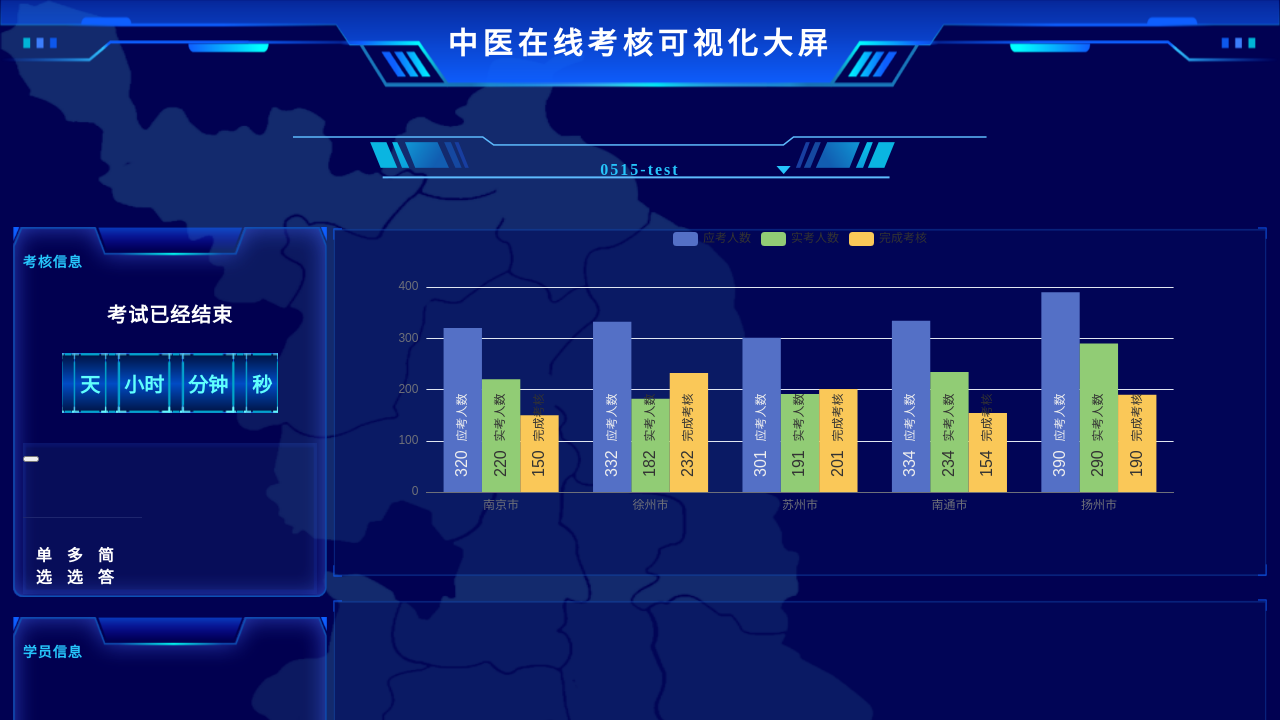
Repository: krislorem/medicine-online-datascreen-vue
Page: /
The author's editor kept a copy of each file at every save. The page is drawn from the files as they stood at one save, then again after the next save.
The browser window is 1280 px wide. The pictures show the whole page.
The project was rebuilt for these pictures with package versions that can differ from the ones it lists, and the page was loaded fresh each time. Also part of the build but not shown: vite.config.ts.

Above is the page before, as saved 2024-12-04 20:31:19.

### src/main.ts
import './assets/main.css'

import { createApp } from 'vue'
import { createPinia } from 'pinia'
import ElementPlus from 'element-plus'
import 'element-plus/dist/index.css'
import App from './App.vue'
import router from './router'

const app = createApp(App)

app.use(createPinia())
app.use(router)
app.use(ElementPlus)
app.mount('#app')

### src/assets/main.css
body, html {
  width: 100%;
  height: 100%;
  overflow: hidden;
  margin: 0;
  padding: 0;
  width: 100vw;
  height: 100vh
}

#app {
  width: 100%;
  height: 100%
}

### src/App.vue
<template>
  <div>
    <RouterView></RouterView>
  </div>
</template>

<script setup lang="ts">

</script>

<style scoped>
</style>

### src/views/HomeView.vue
<template>
  <div class="home">
    <nav>
      <h1>中医在线考核可视化大屏</h1>
    </nav>
    <div id="mid-bar">
      <select id="info">
        <option>0515-test</option>
      </select>
    </div>
    <div id="all-info">
      <div id="left">
        <div class="item item-1">
          <p class="top-name"><span>考核信息</span></p>
          <p class="time-title"><span>考试已经结束</span></p>
          <div class="time-container">
            <div class="time-box" style=";"><span class="time-num">{{ }}</span></div>
            <div class="time-box" style=";"><span class="time-num">天</span></div>
            <div class="time-box" style=";"><span class="time-num">{{ }}</span></div>
            <div class="time-box" style=";"><span class="time-num">小时</span></div>
            <div class="time-box" style=";"><span class="time-num">{{ }}</span></div>
            <div class="time-box" style=";"><span class="time-num">分钟</span></div>
            <div class="time-box" style=";"><span class="time-num">{{ }}</span></div>
            <div class="time-box" style=";"><span class="time-num">秒</span></div>
          </div>
          <div class="result">
            <div class="ivu-carousel" style="height: 100%;">
              <button type="button" class="left ivu-carousel-arrow ivu-carousel-arrow-hover">
                <i class="ivu-icon ivu-icon-ios-arrow-back"></i>
              </button>
              <div class="ivu-carousel-list">
                <div class="ivu-carousel-track higher"
                  style="width: 119px; transform: translate3d(0px, 0px, 0px); transition: transform 500ms; visibility: visible;">
                  <div class="ivu-carousel-item" style="width: 119px; height: auto; left: 0px;">
                    <div class="res-topbar">
                      <span>{{ }}</span>
                      <span>{{ }}</span>
                    </div>
                    <div class="res-box">
                      <div class="res-item">
                        <span>单选</span>
                        <p>{{ }}</p>
                      </div>
                      <div class="res-item">
                        <span>多选</span>
                        <p>{{ }}</p>
                      </div>
                      <div class="res-item">
                        <span>简答</span>
                        <p>{{ }}</p>
                      </div>
                    </div>
                  </div>
                </div>
              </div>
            </div>

          </div>
        </div>
        <div class="item item-2">
          <p class="top-name i2-top"><span>学员信息</span></p>
          <div class="i2">
            <div class="box">
              <p class="num bg-lg-blue">{{ }}</p>
              <p class="title bg-lg-blue">应考人数</p>
            </div>
            <div class="box">
              <p class="num bg-lg-cyan">{{ }}</p>
              <p class="title bg-lg-cyan">签到人数</p>
            </div>
            <div class="box">
              <p class="num bg-lg-red">{{ }}</p>
              <p class="title bg-lg-red">实考人数</p>
            </div>
            <div class="box">
              <p class="num bg-lg-blue">{{ }}</p>
              <p class="title bg-lg-blue">分配试卷</p>
            </div>
            <div class="box">
              <p class="num bg-lg-cyan">{{ }}</p>
              <p class="title bg-lg-cyan">答题中</p>
            </div>
            <div class="box">
              <p class="num bg-lg-red">{{ }}</p>
              <p class="title bg-lg-red">完成考试</p>
            </div>
            <div class="box">
              <p class="num bg-lg-blue2">{{ }}</p>
              <p class="title bg-lg-blue2">未签到</p>
            </div>
            <div class="box">
              <p class="num bg-lg-cyan2">{{ }}</p>
              <p class="title bg-lg-cyan2">未考核</p>
            </div>
            <div class="box">
              <p class="num bg-lg-red2">{{ }}</p>
              <p class="title bg-lg-red2">合格人数</p>
            </div>
          </div>
        </div>
      </div>
      <div id="right">
        <div class="item mb-22">
          <div style="width: 100%;height: 335px;">
            <div id="msg1"
              style="width: 100%; height: 335px; -webkit-tap-highlight-color: transparent; user-select: none; position: relative;">
            </div>
          </div>
        </div>
        <div class="item">
          <div style="width: 100%; height: 335px;">
            <div id="msg2"
              style="width: 100%; height: 335px; -webkit-tap-highlight-color: transparent; user-select: none; position: relative;">
            </div>
          </div>
        </div>
      </div>
    </div>
  </div>
</template>

<style scoped>
body {
  font-family: Helvetica Neue, Helvetica, PingFang SC, Hiragino Sans GB, Microsoft YaHei, "\5FAE\8F6F\96C5\9ED1", Arial, sans-serif;
  font-size: 12px;
  line-height: 1.5;
  color: #515a6e;
  background-color: #fff;
  -webkit-font-smoothing: antialiased;
  -moz-osx-font-smoothing: grayscale;
}

.home {
  background: #010152 url(/ditu.png) 50% no-repeat;
  background-size: 100% 100%;
}

.home nav {
  background-image: url(/dingbu.png);
  background-size: 100% 100%;
  background-repeat: no-repeat;
  overflow: hidden;
  display: -webkit-box;
  display: -ms-flexbox;
  display: flex;
  -webkit-box-align: center;
  -ms-flex-align: center;
  align-items: center;
}

.home nav h1 {
  font-size: 30px;
  font-family: PingFangSC-Semibold, PingFang SC;
  font-weight: 600;
  color: #fff;
  line-height: 58px;
  letter-spacing: 5px;
  margin: 15px auto;
}

.home #mid-bar {
  width: 694px;
  height: 43px;
  background: url(/nav.png) no-repeat;
  margin: 48px auto 36px;
  padding-top: 12px;
  display: -webkit-box;
  display: -ms-flexbox;
  display: flex;
  -webkit-box-pack: center;
  -ms-flex-pack: center;
  justify-content: center;
  -webkit-box-align: center;
  -ms-flex-align: center;
  align-items: center;
}

.home #mid-bar #info {
  appearance: none;
  -moz-appearance: none;
  -webkit-appearance: none;
  background: transparent url('/jiantou.png') no-repeat scroll 100%;
  width: 302px;
  height: 22px;
  font-size: 16px;
  text-align: center;
  font-family: PingFangSC-Semibold, PingFang SC;
  font-weight: 600;
  color: #26c5fb;
  line-height: 22px;
  letter-spacing: 2px;
  border: none;
}

#all-info {
  width: 100%;
  height: 796px;
  margin: 20px auto;
  display: -webkit-box;
  display: -ms-flexbox;
  display: flex;
  -ms-flex-pack: distribute;
  justify-content: space-around;
}

#all-info #left {
  width: 23%;
  height: 100%;
}


#all-info #left .item {
  height: 44%;
  width: 100%;
  padding: 10px;
  background-image: url(/kuang2.png);
  background-size: 100% 100%;
}

#all-info #left .item .top-name>span {
  width: 64px;
  height: 20px;
  font-size: 14px;
  font-family: PingFangSC-Semibold, PingFang SC;
  font-weight: 600;
  color: #26c5fb;
  line-height: 20px;
  letter-spacing: 1px;
}

#all-info #left .item-1 {
  margin-bottom: 20px;
}

#all-info #left .item-1 .time-title {
  text-align: center;
  font-size: 20px;
  font-family: PingFangSC-Semibold, PingFang SC;
  font-weight: 600;
  color: #fff;
  line-height: 20px;
  letter-spacing: 1px;
  margin: 32px auto 28px;
}

#all-info #left .item-1 .time-container {
  height: 60px
}

#all-info #left .item-1 .time-container,
#all-info #left .item-1 .time-container .time-box {
  display: -webkit-box;
  display: -ms-flexbox;
  display: flex;
  -webkit-box-pack: center;
  -ms-flex-pack: center;
  justify-content: center;
}

#all-info #left .item-1 .time-container .time-box {
  background-image: url('/kuang3.png');
  background-repeat: no-repeat;
  background-size: 100% 100%;
  -webkit-box-align: center;
  -ms-flex-align: center;
  align-items: center;
  background-color: #d7606b;
}

#all-info #left .item-1 .time-container .time-box .time-num {
  font-size: 20px;
  padding: 6px;
  font-family: PingFangSC-Semibold, PingFang SC;
  font-weight: 600;
  color: #60fffd
}

#all-info #left .item-1 .time-container .time-box .dupunkto {
  font-size: 28px;
  font-family: PingFangSC-Semibold, PingFang SC;
  font-weight: 600;
  color: #60fffd
}

#all-info #left .item-1 .result {
  width: 100%;
  height: 43%;
  background-image: url('/kuang4.png');
  background-size: 100% 100%;
  margin: 30px auto 0;
  font-size: 16px;
  font-family: PingFangSC-Semibold, PingFang SC;
  font-weight: 600;
  color: #fff;
  line-height: 22px;
}

#all-info #left .item-1 .result .res-sub-title {
  width: 100%;
  height: 100%;
  display: -webkit-box;
  display: -ms-flexbox;
  display: flex;
  -webkit-box-align: center;
  -ms-flex-align: center;
  align-items: center;
  -webkit-box-pack: center;
  -ms-flex-pack: center;
  justify-content: center;
  font-size: 20px;
  font-family: PingFangSC-Semibold, PingFang SC;
  font-weight: 600
}

#all-info #left .item-1 .result .res-topbar {
  height: 47px;
  border-bottom: 1px solid #1e266e;
  -webkit-box-align: end;
  -ms-flex-align: end;
  align-items: flex-end;
  padding: 0 19px 5px 14px
}

#all-info #left .item-1 .result .res-box,
#all-info #left .item-1 .result .res-topbar {
  display: -webkit-box;
  display: -ms-flexbox;
  display: flex;
  -webkit-box-pack: justify;
  -ms-flex-pack: justify;
  justify-content: space-between
}

#all-info #left .item-1 .result .res-box {
  height: 57px;
  margin: 27px 13px 0
}

#all-info #left .item-1 .result .res-box .res-item {
  display: -webkit-box;
  display: -ms-flexbox;
  display: flex;
  -webkit-box-orient: vertical;
  -webkit-box-direction: normal;
  -ms-flex-direction: column;
  flex-direction: column;
  -ms-flex-pack: distribute;
  justify-content: space-around;
  -webkit-box-align: center;
  -ms-flex-align: center;
  align-items: center
}

#all-info #left .item-1 .result .res-box p {
  margin-top: 13px
}

#all-info #left .item-2 {
  display: -webkit-box;
  display: -ms-flexbox;
  display: flex;
  -webkit-box-orient: vertical;
  -webkit-box-direction: normal;
  -ms-flex-direction: column;
  flex-direction: column
}


#all-info #left .item-2 .i2-top {
  padding-bottom: 30px;
}

#all-info #left .item-2 .i2 {
  width: 100%;
  margin: 20px auto;
  display: -webkit-box;
  display: -ms-flexbox;
  display: flex;
  -ms-flex-wrap: wrap;
  flex-wrap: wrap;
  -ms-flex-pack: distribute;
  justify-content: space-around;
}

#all-info #left .item-2 .i2 .box {
  width: 30%;
  height: 67px;
  margin-bottom: 20px;
  padding: 20px auto;
  background-image: url('/kuang5.png');
  background-size: 100%;
  background-repeat: no-repeat;
}

#all-info #left .item-2 .i2 .box>.num {
  width: 77px;
  height: 45px;
  font-size: 27px;
  line-height: 45px
}

#all-info #left .item-2 .i2 .box>.num,
#all-info #left .item-2 .i2 .box>.title {
  font-family: PingFangSC-Semibold, PingFang SC;
  font-weight: 600;
  color: #fff;
  text-align: center;
  background-clip: text;
  -webkit-background-clip: text;
  -webkit-text-fill-color: transparent;
  margin: 0 auto;
}

#all-info #left .item-2 .i2 .box>.title {
  width: 64px;
  height: 22px;
  font-size: 15px;
  line-height: 22px
}

#all-info #right {
  width: 73%;
  height: 100%;
}

#all-info #right .item {
  width: 100%;
  height: 350px;
  background-image: url(/kuang1.png);
  background-size: 100% 100%
}

#all-info #right .mb-22 {
  margin-bottom: 22px
}

.bg-lg-blue {
  background: -webkit-gradient(linear, left top, left bottom, from(#8ac4ff), to(#5999f4));
  background: linear-gradient(180deg, #8ac4ff, #5999f4)
}

.bg-lg-cyan {
  background: -webkit-gradient(linear, left top, left bottom, from(#92eef2), to(#62e4eb));
  background: linear-gradient(180deg, #92eef2, #62e4eb)
}

.bg-lg-red {
  background: -webkit-gradient(linear, left top, left bottom, from(#ee3f47), to(#9a1b35));
  background: linear-gradient(180deg, #ee3f47, #9a1b35)
}

.bg-lg-blue2 {
  background: -webkit-gradient(linear, left top, left bottom, from(#4d7ed5), to(#0a47b3));
  background: linear-gradient(180deg, #4d7ed5, #0a47b3)
}

.bg-lg-cyan2 {
  background: -webkit-gradient(linear, left top, left bottom, from(#3bd3d6), to(#158c98));
  background: linear-gradient(180deg, #3bd3d6, #158c98)
}

.bg-lg-red2 {
  background: -webkit-gradient(linear, left top, left bottom, from(#d7606b), to(#a72f4d));
  background: linear-gradient(180deg, #d7606b, #a72f4d)
}
</style>
<script setup lang="ts">
import * as echarts from 'echarts';
import { onMounted } from 'vue'
const labelOption = {
  show: true,
  position: 'insideBottom',
  distance: 15,
  align: 'left',
  verticalAlign: 'middle',
  rotate: 90,
  formatter: '{c}  {name|{a}}',
  fontSize: 16,
  rich: {
    name: {}
  }
};
const option = {
  tooltip: {
    trigger: 'axis',
    axisPointer: {
      type: 'shadow'
    }
  },
  legend: {
    data: ['应考人数', '实考人数', '完成考核']
  },
  xAxis: [
    {
      type: 'category',
      axisTick: { show: false },
      data: ['南京市', '徐州市', '苏州市', '南通市', '扬州市']
    }
  ],
  yAxis: [
    {
      type: 'value'
    }
  ],
  series: [
    {
      name: '应考人数',
      type: 'bar',
      barGap: 0,
      label: labelOption,
      emphasis: {
        focus: 'series'
      },
      data: [320, 332, 301, 334, 390]
    },
    {
      name: '实考人数',
      type: 'bar',
      label: labelOption,
      emphasis: {
        focus: 'series'
      },
      data: [220, 182, 191, 234, 290]
    },
    {
      name: '完成考核',
      type: 'bar',
      label: labelOption,
      emphasis: {
        focus: 'series'
      },
      data: [150, 232, 201, 154, 190]
    }
  ]
};
onMounted(() => {
  let chartDom = document.getElementById('msg1');
  let myChart = echarts.init(chartDom);
  option && myChart.setOption(option);
})


</script>

Loaded but not shown: index.html (common file); src/router/index.ts (common file)

After the next save:
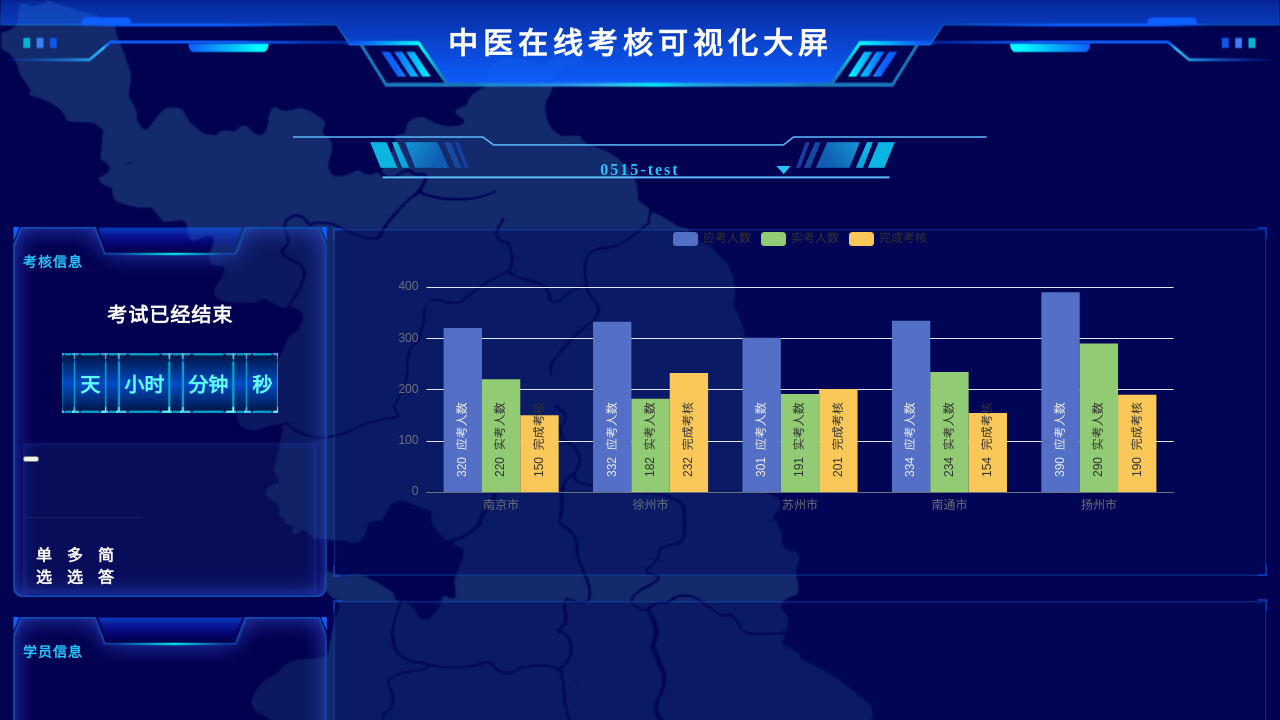
Saved 29 s later.
--- a/src/views/HomeView.vue
+++ b/src/views/HomeView.vue
@@ -475,7 +475,7 @@ const labelOption = {
   verticalAlign: 'middle',
   rotate: 90,
   formatter: '{c}  {name|{a}}',
-  fontSize: 16,
+  fontSize: 12,
   rich: {
     name: {}
   }
